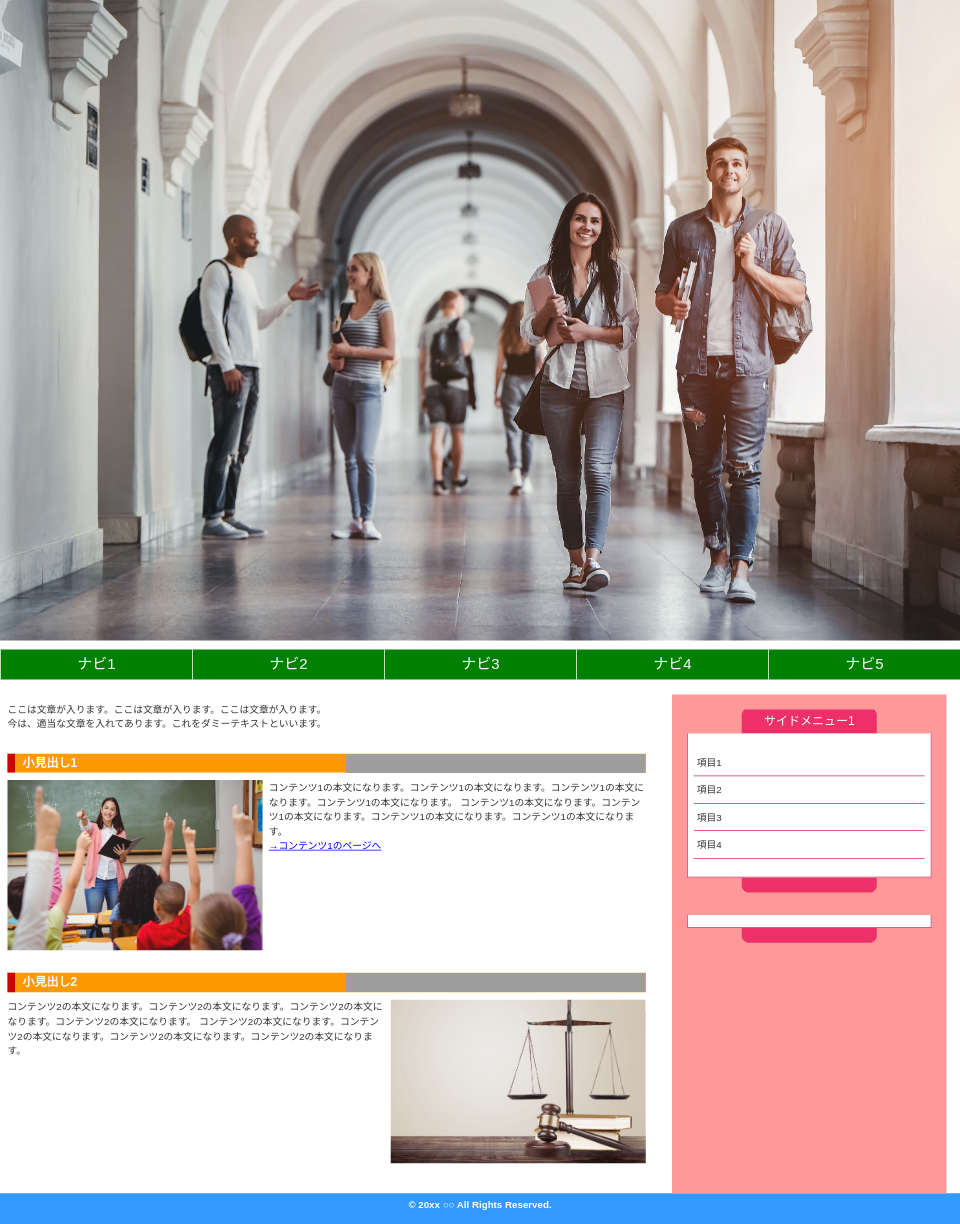
Repository: yuk-i/samurai_HTML-CSS
Page: home.html
The author's editor kept a record of every edit. The page is drawn from the files as they stood at one moment, then again after the next edit.
The browser window is 1280 px wide. The pictures show the whole page, at 75% of full size.
Pictures or frames that could not be fetched are drawn as grey boxes.

Above is the page before.

After the next edit:
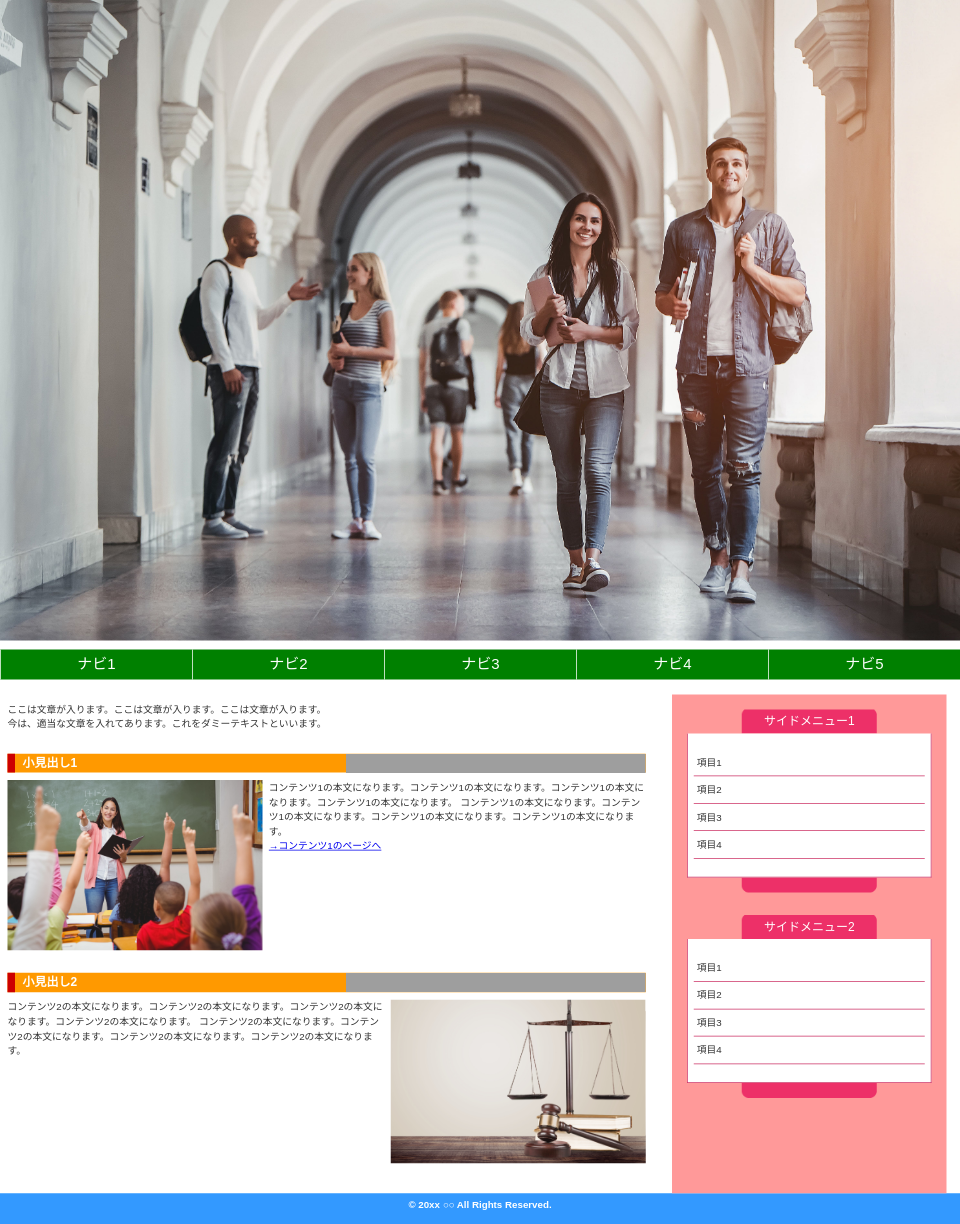
The edit:
--- a/home.html
+++ b/home.html
@@ -61,7 +61,14 @@
               </div>
             </div>
             <div class="box">
+              <h2>サイドメニュー2</h2>
               <div class="boxBody">
+                <ul>
+                  <li>項目1</li>
+                  <li>項目2</li>
+                  <li>項目3</li>
+                  <li>項目4</li>
+                </ul>
 
               </div>
             </div>
